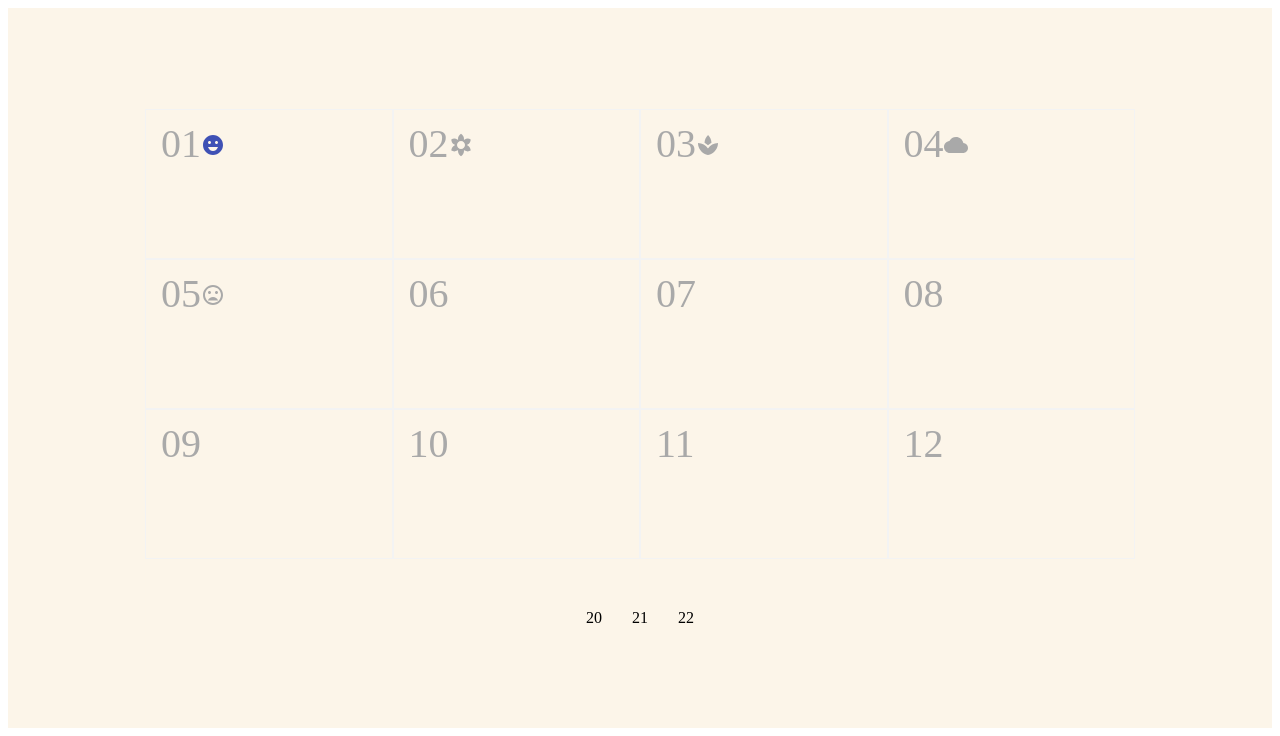
Repository: IMHANA/diary
Page: /monthly
An editor plug-in stored every save of this project. The page is shown before and after the next save, followed by the edit.
The browser window is 1280 px wide. The pictures show the whole page.
The project was rebuilt for these pictures with package versions that can differ from the ones it lists, and the page was loaded fresh each time. Also part of the build but not shown: src/App.css, src/pages/Main/main.js.

Above is the page before, as saved 2021-08-05 13:23:28.

After the next save:
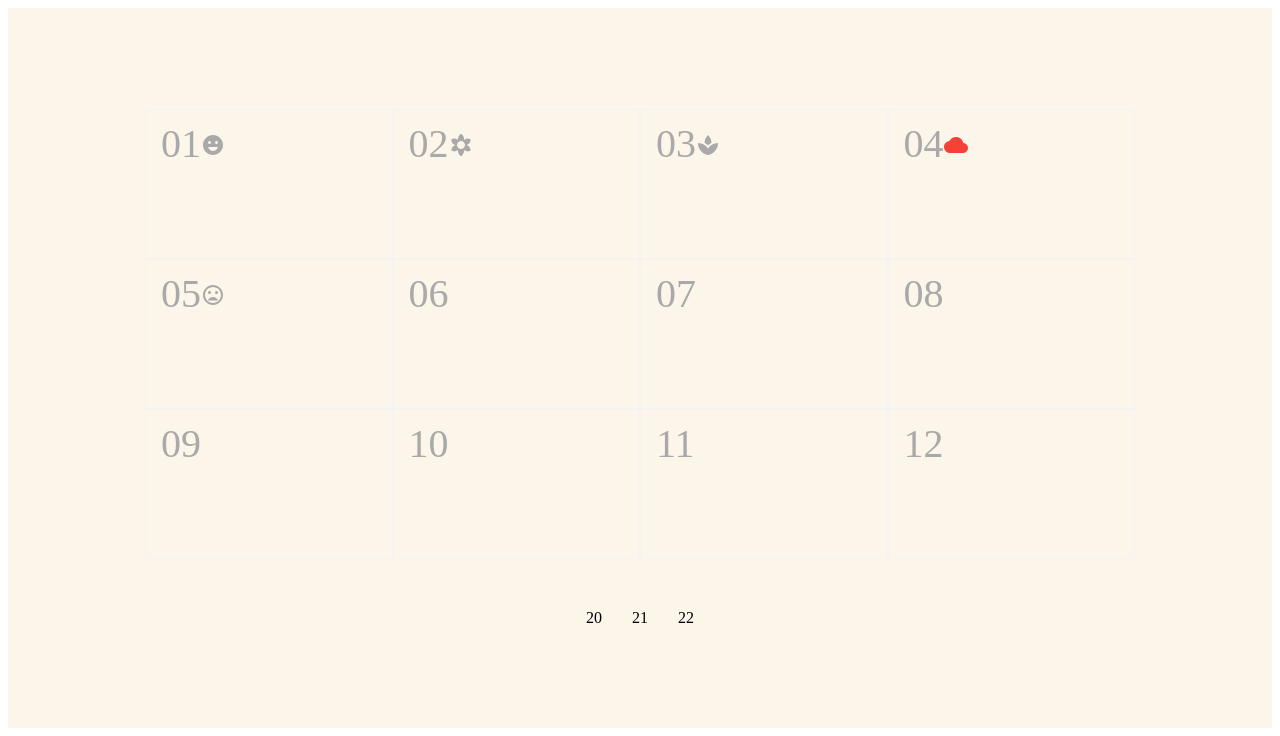
Saved 3 min 27 s later.
--- a/src/pages/Month/month.js
+++ b/src/pages/Month/month.js
@@ -10,23 +10,23 @@ export default class month extends Component {
         <div className="month_box_container first-floor">
           <div className="calendar-item">
             <span className="title"> 01
-                <EmojiEmotions color='primary'/>
+                <EmojiEmotions color='warning'/>
             </span>
           </div>
 
           <div className="calendar-item">
             <span className="title"> 02
-                <FilterVintage/>
+                <FilterVintage color='info'/>
             </span>
           </div>
           <div className="calendar-item">
             <span className="title"> 03
-                <Spa/>
+                <Spa color='success'/>
             </span>
           </div>
           <div className="calendar-item">
             <span className="title"> 04
-                <WbCloudy/>
+                <WbCloudy color='error'/>
             </span>
           </div>
         </div>
